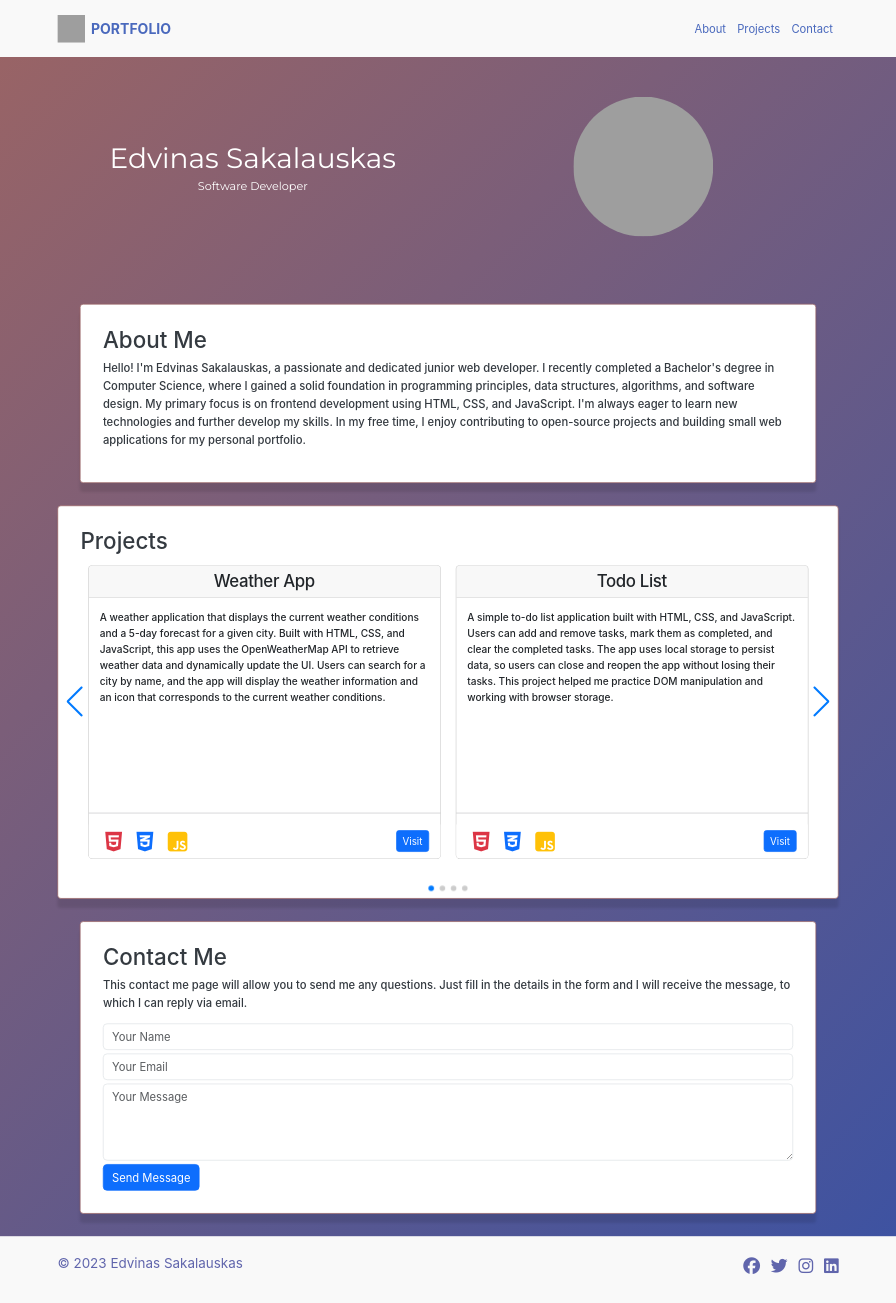
Repository: SakalauskasEdvinas/MyPorfolioWebsite
Page: index.html
The author's editor kept a copy of each file at every save. The page is drawn from the files as they stood at one save, then again after the next save.
The browser window is 1280 px wide. The pictures show the whole page, at 70% of full size.
Pictures or frames that could not be fetched are drawn as grey boxes. Some web libraries are served in a nearby version.

Above is the page before, as saved 2023-04-17 10:53:11.

### index.html
<!-- Live at  - https://sakalauskasedvinas.github.io/MyPorfolioWebsite/ - work in progress, so something might be not up to date depending on time of visit -->

<!DOCTYPE html>
<html lang="en">
<head>
    <meta charset="UTF-8">
    <meta name="viewport" content="width=device-width, initial-scale=1.0">
    <title>Portfolio Website</title>
    <link href="https://cdn.jsdelivr.net/npm/bootstrap@5.3.0-alpha1/dist/css/bootstrap.min.css" rel="stylesheet">
    <link href="https://fonts.googleapis.com/css2?family=Montserrat:wght@400;700&display=swap" rel="stylesheet">
    <script src="https://cdn.jsdelivr.net/npm/typed.js@2.0.9"></script>
    <script src="https://kit.fontawesome.com/80b08c0510.js" crossorigin="anonymous"></script>
    <link rel="stylesheet" href="https://cdn.jsdelivr.net/npm/swiper@9/swiper-bundle.min.css"/>
    <link rel="stylesheet" href="css/style.css"/>

</head>

<body>
    <nav class="navbar navbar-expand-lg fixed-top py-3" style="background-color: rgba(249, 249, 249);">
        <div class="container">
            <a class="navbar-brand d-flex align-items-center" href="#">
                <img src="https://www.picsum.photos/40/40.jpg" alt="Logo" style="width: 40px; height: 40px; margin-right: 0.5rem;">
                <span style="color: #4a69bd; font-weight: bold;" id="text"></span>
            </a>

            <button class="navbar-toggler" type="button" data-bs-toggle="collapse" data-bs-target="#navbarNav" aria-controls="navbarNav" aria-expanded="false" aria-label="Toggle navigation">
                <span class="navbar-toggler-icon"></span>
            </button>
            <div class="collapse navbar-collapse" id="navbarNav">
                <ul class="navbar-nav ms-auto">
                    <li class="nav-item">
                        <a class="nav-link" href="#about" style="color: #4a69bd;">About</a>
                    </li>
                    <li class="nav-item">
                        <a class="nav-link" href="#projects" style="color: #4a69bd;">Projects</a>
                    </li>
                    <li class="nav-item">
                        <a class="nav-link" href="#contact" style="color: #4a69bd;">Contact</a>
                    </li>
                </ul>
            </div>
        </div>
    </nav>

    <div class="container ">

        <header>
            <div class="container" >
                <div class="row align-items-center">
                    <div class="col-md-6">
                        <h1>Edvinas Sakalauskas</h1>
                        <p>Software Developer</p>
                    </div>
                    <div class="col-md-6">
                        <img src="https://www.picsum.photos/id/1012/200/200.jpg" alt="Your Photo" style="width: 200px; height: 200px; border-radius: 50%; margin-bottom: 1rem;">
                    </div>

                </div>
            </div>
        </header>

        <section id="about" class="fade-in " >
            <h2>About Me</h2>
            <p>Hello! I'm Edvinas Sakalauskas, a passionate and dedicated junior web developer. I recently completed a Bachelor's degree in Computer Science, where I gained a solid foundation in programming principles, data structures, algorithms, and software design. My primary focus is on frontend development using HTML, CSS, and JavaScript. I'm always eager to learn new technologies and further develop my skills. In my free time, I enjoy contributing to open-source projects and building small web applications for my personal portfolio.</p>
        </section>


       <section class="fade-in ">
        <h2>Projects</h2>
        <div class="swiper">


          <div class="swiper-container">
            <div class="swiper-wrapper">
              <div class="swiper-slide">
                <div class="card mb-4">
                    <div class="card-header">
                        <h3 class="card-title mb-0 text-center">Weather App</h3>
                    </div>
                    <div class="card-body">
                        <p class="card-text">A weather application that displays the current weather conditions and a 5-day forecast for a given city. Built with HTML, CSS, and JavaScript, this app uses the OpenWeatherMap API to retrieve weather data and dynamically update the UI. Users can search for a city by name, and the app will display the weather information and an icon that corresponds to the current weather conditions.</p>
                    </div>
                    <hr>
                    <div class="card-footer bg-white border-top-0 d-flex justify-content-between">
                        <div>
                            <i class="fab fa-html5 fa-2x text-danger mx-2"></i>
                            <i class="fab fa-css3-alt fa-2x text-primary mx-2"></i>
                            <i class="fab fa-js-square fa-2x text-warning mx-2"></i>
                        </div>
                        <div>
                            <a href="#" class="btn btn-primary btn-sm">Visit</a>
                        </div>
                    </div>
                </div>
            </div>
                  <div class="swiper-slide">
                    <div class="card mb-4">
                        <div class="card-header">
                            <h3 class="card-title mb-0 text-center">Todo List</h3>
                        </div>
                        <div class="card-body">
                            <p class="card-text">A simple to-do list application built with HTML, CSS, and JavaScript. Users can add and remove tasks, mark them as completed, and clear the completed tasks. The app uses local storage to persist data, so users can close and reopen the app without losing their tasks. This project helped me practice DOM manipulation and working with browser storage.</p>
                        </div>
                        <hr>
                        <div class="card-footer bg-white border-top-0 d-flex justify-content-between">
                            <div>
                                <i class="fab fa-html5 fa-2x text-danger mx-2"></i>
                                <i class="fab fa-css3-alt fa-2x text-primary mx-2"></i>
                                <i class="fab fa-js-square fa-2x text-warning mx-2"></i>
                            </div>
                            <div>
                                <a href="#" class="btn btn-primary btn-sm">Visit</a>
                            </div>
                        </div>
                    </div>
                </div>
                  <div class="swiper-slide">
                    <div class="card mb-4 ">
                      <div class="card-header">
                        <h3 class="card-title mb-0 text-center">Weather App</h3>
                      </div>
                      <div class="card-body">
                        <p class="card-text">A simple weather app built with HTML, CSS, and JavaScript that displays the current weather in a user's location or a location of their choosing. The app uses an API to fetch weather data and displays it with temperature, weather conditions, and a relevant icon. Users can also toggle between Celsius and Fahrenheit temperature units.</p>
                      </div>
                      <hr>
                      <div class="card-footer bg-white border-top-0 d-flex justify-content-between">
                        <div>
                          <i class="fab fa-html5 fa-2x text-danger mx-2"></i>
                          <i class="fab fa-css3-alt fa-2x text-primary mx-2"></i>
                          <i class="fab fa-js-square fa-2x text-warning mx-2"></i>
                        </div>
                        <div>
                          <a href="#" class="btn btn-primary btn-sm">Visit</a>
                        </div>
                      </div>
                    </div>
                  </div>


                <div class="swiper-slide">
                  <div class="card mb-4 ">
                    <div class="card-header">
                      <h3 class="card-title mb-0 text-center">Movie Database</h3>
                    </div>
                    <div class="card-body">
                      <p class="card-text">A web application developed using HTML, CSS, and JavaScript that allows users to search and filter movie data. The app uses an API to fetch movie data and displays it in a user-friendly way with images, ratings, and descriptions. The application is fully responsive and accessible, making it easy for users to find the movie they want on any device.</p>
                    </div>
                    <hr>
                    <div class="card-footer bg-white border-top-0 d-flex justify-content-between">
                      <div>
                        <i class="fab fa-html5 fa-2x text-danger mx-2"></i>
                        <i class="fab fa-css3-alt fa-2x text-primary mx-2"></i>
                        <i class="fab fa-js-square fa-2x text-warning mx-2"></i>
                      </div>
                      <div>
                        <a href="#" class="btn btn-primary btn-sm">Visit</a>
                      </div>
                    </div>
                  </div>
                </div>

            </div>

        </div>

        </div>
                    <div class="swiper-pagination"></div>
                <div class="swiper-button-next"></div>
        <div class="swiper-button-prev"></div>

      </section>






        <section id="contact" class="fade-in" >
            <h2>Contact Me</h2>
            <p>This contact me page will allow you to send me any questions.
               Just fill in the details in the form and I will receive the message, to which I can reply via email.</p>
            <form>
                <input type="text" name="name" class="form-control" placeholder="Your Name" required>
                <input type="email" name="email" class="form-control" placeholder="Your Email" required>
                <textarea name="message" class="form-control" rows="4" placeholder="Your Message" required></textarea>
                <button type="submit" class="btn btn-primary">Send Message</button>
            </form>
        </section>


      </div>
      <footer>
        <div class="container">
          <div class="row">
            <div class="col-md-6">
              <p>&copy; 2023 Edvinas Sakalauskas</p>
            </div>
            <div class="col-md-6">
              <ul class="social-media">
                <li><a href="#"><i class="fab fa-facebook"></i></a></li>
                <li><a href="#"><i class="fab fa-twitter"></i></a></li>
                <li><a href="#"><i class="fab fa-instagram"></i></a></li>
                <li><a href="#"><i class="fab fa-linkedin"></i></a></li>
              </ul>
            </div>
          </div>
        </div>
      </footer>



        <script src="https://code.jquery.com/jquery-3.6.0.min.js"></script>
        <script src="https://cdn.jsdelivr.net/npm/@popperjs/core@2.11.6/dist/umd/popper.min.js"></script>
        <script src="https://cdn.jsdelivr.net/npm/bootstrap@5.3.0-alpha1/dist/js/bootstrap.min.js"></script>
        <script src="https://cdn.jsdelivr.net/npm/swiper@9/swiper-bundle.min.js"></script>
        <script src="js/script.js"></script>


    </body>
    </html>

### css/style.css
*, *::before, *::after {
  box-sizing: border-box;
  margin: 0;
  padding: 0;
}

html {
  scroll-behavior: smooth;
}

body {
  background-image: linear-gradient(135deg, #9b6464 0%, #3b52a3 100%);
  font-family: "Inter",sans-serif;
  color: #343a40;
  line-height: 1;
}

h3 {
  font-size: 24px;
  letter-spacing: -0.5px;
  margin: 0;
}
header {
  font-family: 'Montserrat', sans-serif;
  color: white;
  padding: 3rem 0;
  text-align: center;
  margin-top: 90px;
  /* background-image: linear-gradient(135deg, #9b6464 0%, #3b52a3 100%); */
}

section {
  background-color: white;
  margin: 2rem 2rem;
  padding: 2rem;
  box-shadow: 0 13px 4px rgba(0, 0, 0, 0.1);
  border-radius: 5px;
  position: relative;
  border: 1px solid #9b6464;
}

section:nth-child(3) {
  width: 100%;
  margin: 0;
}

form input {
  margin-bottom: 5px;
}

form button {
  margin-top:5px;
}




section p {
  font-size: 1rem;
  font-weight: 500;

  line-height: 1.6;

}

.card-text {
  font-size: 0.9rem;
}





.card {
  width: 96%;
  height: 420px;
  margin: 5px auto;
}

.left {
  position: absolute;
  top: 50%;
  right: 95.5%;
  font-size: 30px;
}

.right {
  position: absolute;
  top: 50%;
  left: 95.5%;
  font-size: 30px;
}

.fade-in {
  opacity: 0;
  transform: translateX(-20px);
  transition: opacity 1.5s, transform 0.5s;
}

.fade-in.active {
  opacity: 1;
  transform: translateX(0);
}




footer {
   background-color: rgba(249, 249, 249);
  color: #6065ac;
  padding: 30px 0;
  font-size: 1.2rem;
}

.social-media {
  list-style: none;
  padding: 0;
  margin: 0;
  text-align: right;
}

.social-media li {
  display: inline-block;
  margin-left: 10px;
}

.social-media li:first-child {
  margin-left: 0;
}

.social-media a {
  color: #6065ac;
}

.social-media a:hover {
  color: #d3d3d3;
}

.social-media i {
  font-size: 24px;
}

### js/script.js

window.addEventListener("scroll",fade );
window.addEventListener("load",fade );


function fade() {
  const fadeIns = document.querySelectorAll('.fade-in');

  const options = {
    rootMargin: '0px',
    threshold: 0.5
  };

  const observer = new IntersectionObserver(entries => {
    entries.forEach(entry => {
      if (entry.isIntersecting) {
        entry.target.classList.add('active');
      } else {
        entry.target.classList.remove('active');
      }
    });
  }, options);

  fadeIns.forEach(fadeIn => {
    observer.observe(fadeIn);
  });
}


let typed = new Typed('#text', {
strings: ['PORTFOLIO'],
typeSpeed: 20,
showCursor:false
});



const swiper = new Swiper(".swiper-container", {
  // Optional parameters
  slidesPerView: 2,
  spaceBetween: 0,
  direction: "horizontal",
  loop: true,
  speed:600,
  breakpoints: {
    // when window width is >= 320px
    320: {
     slidesPerView: 1,
     spaceBetween: 0
    },
    480: {
      slidesPerView: 1,
      spaceBetween: 0
     },
    900: {
      slidesPerView: 2,
      spaceBetween: 0
     }

  },
  // If you need pagination
  pagination: {
      el: ".swiper-pagination",
      clickable: true
  },

  // Navigation arrows
  navigation: {
      nextEl: ".swiper-button-next",
      prevEl: ".swiper-button-prev",
  },
});

After the next save:
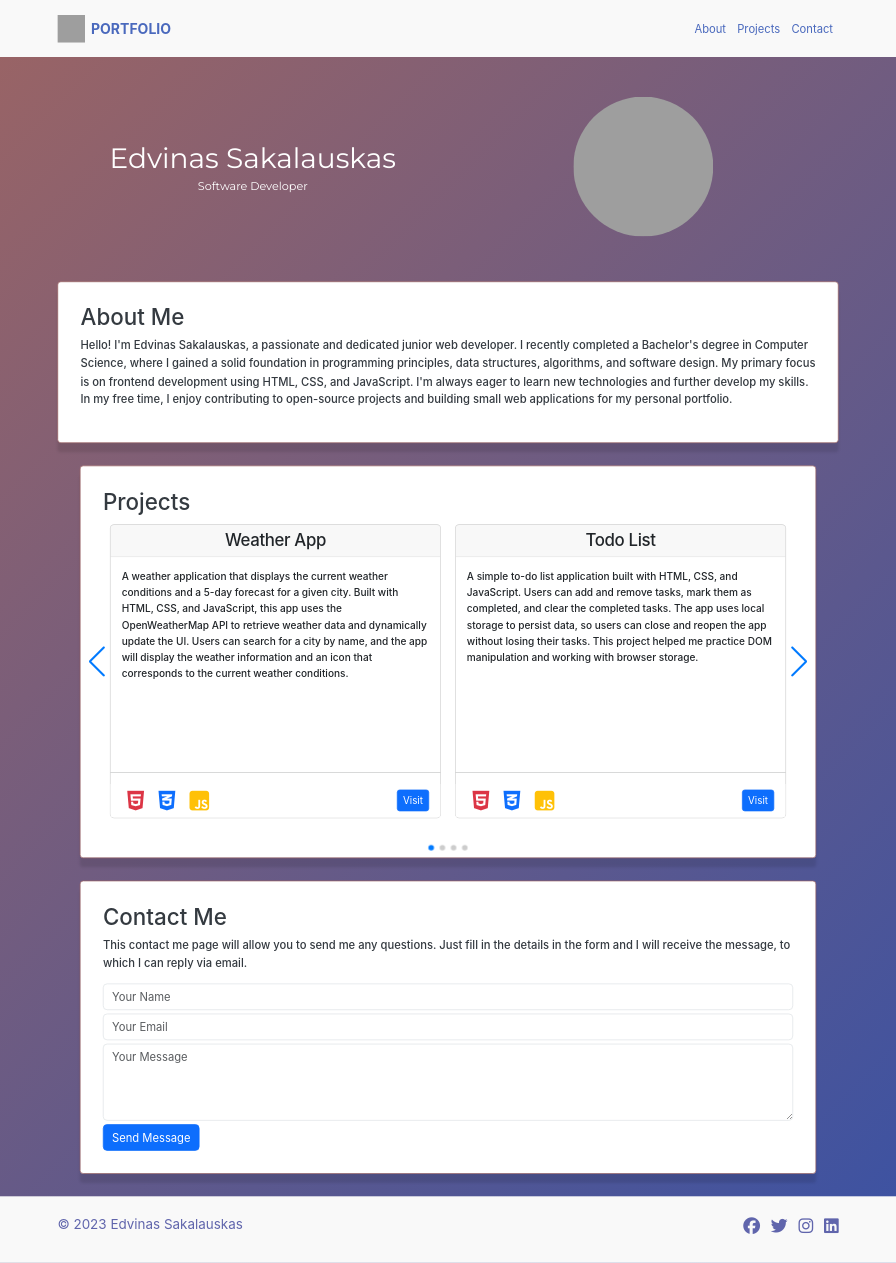
Saved 91 s later.
--- a/index.html
+++ b/index.html
@@ -59,6 +59,7 @@
             </div>
         </header>
 
+        <div id="about"></div>
         <section id="about" class="fade-in " >
             <h2>About Me</h2>
             <p>Hello! I'm Edvinas Sakalauskas, a passionate and dedicated junior web developer. I recently completed a Bachelor's degree in Computer Science, where I gained a solid foundation in programming principles, data structures, algorithms, and software design. My primary focus is on frontend development using HTML, CSS, and JavaScript. I'm always eager to learn new technologies and further develop my skills. In my free time, I enjoy contributing to open-source projects and building small web applications for my personal portfolio.</p>

After the save that followed:
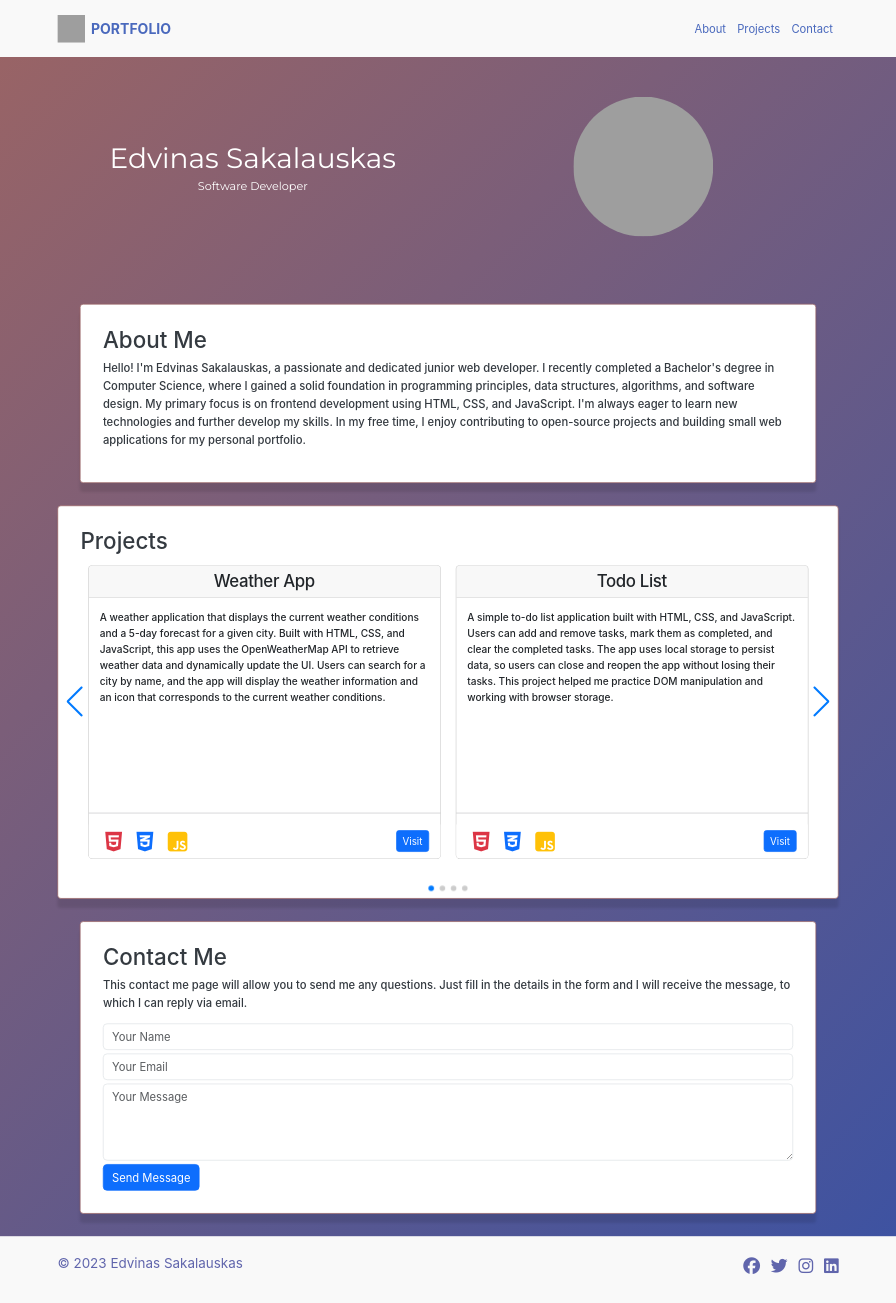
Saved 35 s later.
--- a/index.html
+++ b/index.html
@@ -59,7 +59,6 @@
             </div>
         </header>
 
-        <div id="about"></div>
         <section id="about" class="fade-in " >
             <h2>About Me</h2>
             <p>Hello! I'm Edvinas Sakalauskas, a passionate and dedicated junior web developer. I recently completed a Bachelor's degree in Computer Science, where I gained a solid foundation in programming principles, data structures, algorithms, and software design. My primary focus is on frontend development using HTML, CSS, and JavaScript. I'm always eager to learn new technologies and further develop my skills. In my free time, I enjoy contributing to open-source projects and building small web applications for my personal portfolio.</p>
